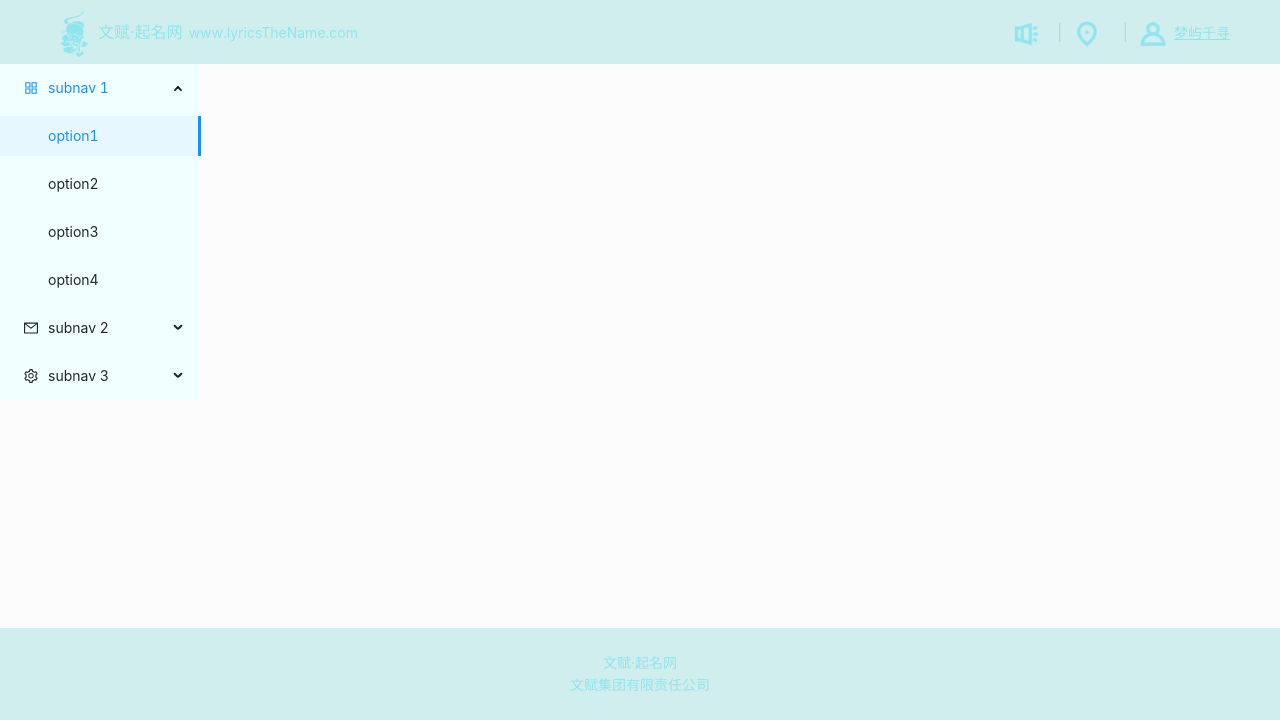
Repository: fangxueliang/react-redux-
Page: /
The author's editor kept a copy of each file at every save. The page is drawn from the files as they stood at one save, then again after the next save.
The browser window is 1280 px wide. The pictures show the whole page.
The project was rebuilt for these pictures with package versions that can differ from the ones it lists, and the page was loaded fresh each time.

Above is the page before, as saved 2020-12-30 12:26:16.

### public/index.html
<!DOCTYPE html>
<html lang="en">
  <head>
    <meta charset="utf-8" />
    <meta name="theme-color" content="#000000" />
    <meta name="description" content="Web site created using create-react-app" />
    <title>React App</title>
  </head>
  <body>
    <div id="root"></div>
  </body>
</html>

### src/index.js
// 主入口文件
//主入口
import React from 'react';//引入react
import ReactDOM from 'react-dom';
import { Main } from './Pages';//引入Main文件

import 'antd/dist/antd.css'//antd样式
import './Common/CSS/layout.css'//布局样式
import './Common/CSS/common.css'//引入公共样式

ReactDOM.render(
  <div className="main">
    <Main />
  </div>,
  document.getElementById('root')
);

### src/Pages/index.js
import React from 'react';
import { Layout } from 'antd'
import { MenuSider } from "./Menu/menu";
import { HeaderCommon } from "./Header/header";
import { FooterCommon } from "./Footer/footer";

const { Header, Footer, Content, Sider } = Layout
export const Main = () => {
    return (

        <div className="Home_layout">
            {/* 头部header */}
            <div style={{ width: '100%', height: '20%' }}>
                <Layout>
                    <Header> <HeaderCommon /> </Header>
                </Layout>
            </div>
            <div style={{ width: '100%', height: '80%' }}>
                <Layout>
                    {/* 左侧导航Sider */}
                    <Sider>
                        <MenuSider />
                    </Sider>
                    {/* 主要内容Content */}
                    <Content></Content>
                </Layout>
            </div>
            {/* 底部footer */}
            <div style={{ width: '100%', height: '20%' }}>
                <Layout>
                    <Footer>
                        <FooterCommon />
                    </Footer>
                </Layout>
            </div>
        </div>


    );
}

### src/Common/CSS/layout.css
/* 布局样式  */
.Home_layout .ant-layout-header {
    background: #D1EEEE;
}

.Home_layout .ant-layout-footer {
    position: fixed;
    bottom: 0;
    width: 100%;
    background: #D1EEEE;
}

.Home_layout .ant-layout-content {
    background: #FCFCFC;
}

.Home_layout .ant-layout-sider .ant-menu {
    height: 100%;
    background: #F0FFFF;
}

### src/Common/CSS/common.css
/* 公共样式 */
body {
    width: 100%;
    height: 100%;
    background: #FCFCFC;
}

.main {
    font-size: 16px;
}

### src/Pages/Menu/menu.js
// 左侧菜单
import React from 'react';
import { Menu } from 'antd';
import { AppstoreOutlined, MailOutlined, SettingOutlined } from '@ant-design/icons';

const { SubMenu } = Menu;

export const MenuSider = () => {
    return (
        <Menu
            mode="inline"
            defaultSelectedKeys={['1']}
            defaultOpenKeys={['sub1']}
            style={{ height: '100%', borderRight: 0 }}
        >
            <SubMenu key="sub1" icon={<AppstoreOutlined />} title="subnav 1">
                <Menu.Item key="1">option1</Menu.Item>
                <Menu.Item key="2">option2</Menu.Item>
                <Menu.Item key="3">option3</Menu.Item>
                <Menu.Item key="4">option4</Menu.Item>
            </SubMenu>
            <SubMenu key="sub2" icon={<MailOutlined />} title="subnav 2">
                <Menu.Item key="5">option5</Menu.Item>
                <Menu.Item key="6">option6</Menu.Item>
                <Menu.Item key="7">option7</Menu.Item>
                <Menu.Item key="8">option8</Menu.Item>
            </SubMenu>
            <SubMenu key="sub3" icon={<SettingOutlined />} title="subnav 3">
                <Menu.Item key="9">option9</Menu.Item>
                <Menu.Item key="10">option10</Menu.Item>
                <Menu.Item key="11">option11</Menu.Item>
                <Menu.Item key="12">option12</Menu.Item>
            </SubMenu>
        </Menu>
    )
}

### src/Pages/Header/header.js
// 头部
import React from 'react';
import logo from "../../Asset/img/logo.png";
import myImg from "../../Asset/img/我的.png";
import remindImg from "../../Asset/img/提醒.png";
import positioningImg from "../../Asset/img/定位.png";
import './header.css'

export const HeaderCommon = () => {
    return (
        <div className="header">
            <div className="header_item">
                <img src={logo} className="logo" alt="蓝龙" />
                <span className="logo_title">文赋·起名网</span>
                <a className="logo_URL" href="/">www.lyricsTheName.com</a>
            </div>
            <div className="header_item"></div>
            <div className="header_item header_item_right">
                <span>
                    <img src={remindImg} alt="我的" />
                </span>
                <span className="header_separated">|</span>
                <span>
                    <img src={positioningImg} alt="我的" />
                </span>
                <span className="header_separated"> |</span>
                <span>
                    <img src={myImg} alt="我的" />
                    <span className="header_myName">梦屿千寻</span>
                </span>
            </div>
        </div>
    )
}

### src/Pages/Footer/footer.js
// 头部
import React from 'react';
import './footer.css'

export const FooterCommon = () => {
    return (
        <div className="footer">
            <div>文赋·起名网</div>
            <div>文赋集团有限责任公司</div>
        </div>
    )
}

### src/Pages/Header/header.css
.header {
    display: flex;
    width: 100%;
    height: 100%;
    justify-content: space-between;
}

.header .header_item {
    display: inline-block;
}

.header .header_item .logo {
    width: 48px;
    height: 48px;
}

.header .header_item_right {
    color: #8ee5ee
}

.header .header_item_right img {
    width: 30px;
    height: 30px;
    margin-right: 6px;
}

.header .header_item_right .header_separated {
    margin: 0 10px
}

.header .logo_title {
    color: #8ee5ee
}

.header .logo_URL {
    margin-left: 6px;
    color: #8ee5ee;
    font-size: 14px;
}

.header .header_myName {
    font-size: 14px;
    text-decoration: underline;
}

### src/Pages/Footer/footer.css
.footer {
    text-align: center;
}

.footer div {
    color: #8ee5ee
}

After the next save:
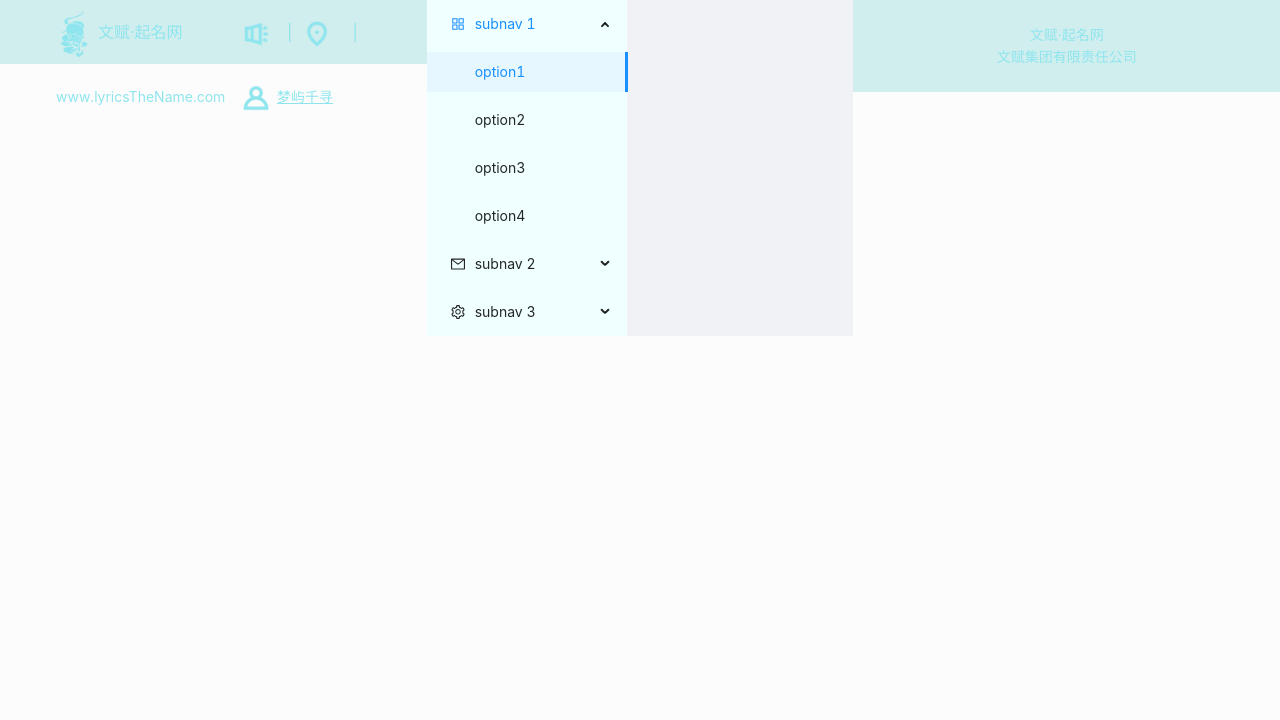
Saved 62 s later.
--- a/src/Common/CSS/layout.css
+++ b/src/Common/CSS/layout.css
@@ -1,20 +1,17 @@
 /* 布局样式  */
+.Home_layout{
+    display: flex;
+
+}
 .Home_layout .ant-layout-header {
     background: #D1EEEE;
 }
 
 .Home_layout .ant-layout-footer {
-    position: fixed;
-    bottom: 0;
     width: 100%;
     background: #D1EEEE;
 }
 
-.Home_layout .ant-layout-content {
-    background: #FCFCFC;
-}
-
 .Home_layout .ant-layout-sider .ant-menu {
-    height: 100%;
     background: #F0FFFF;
 }
